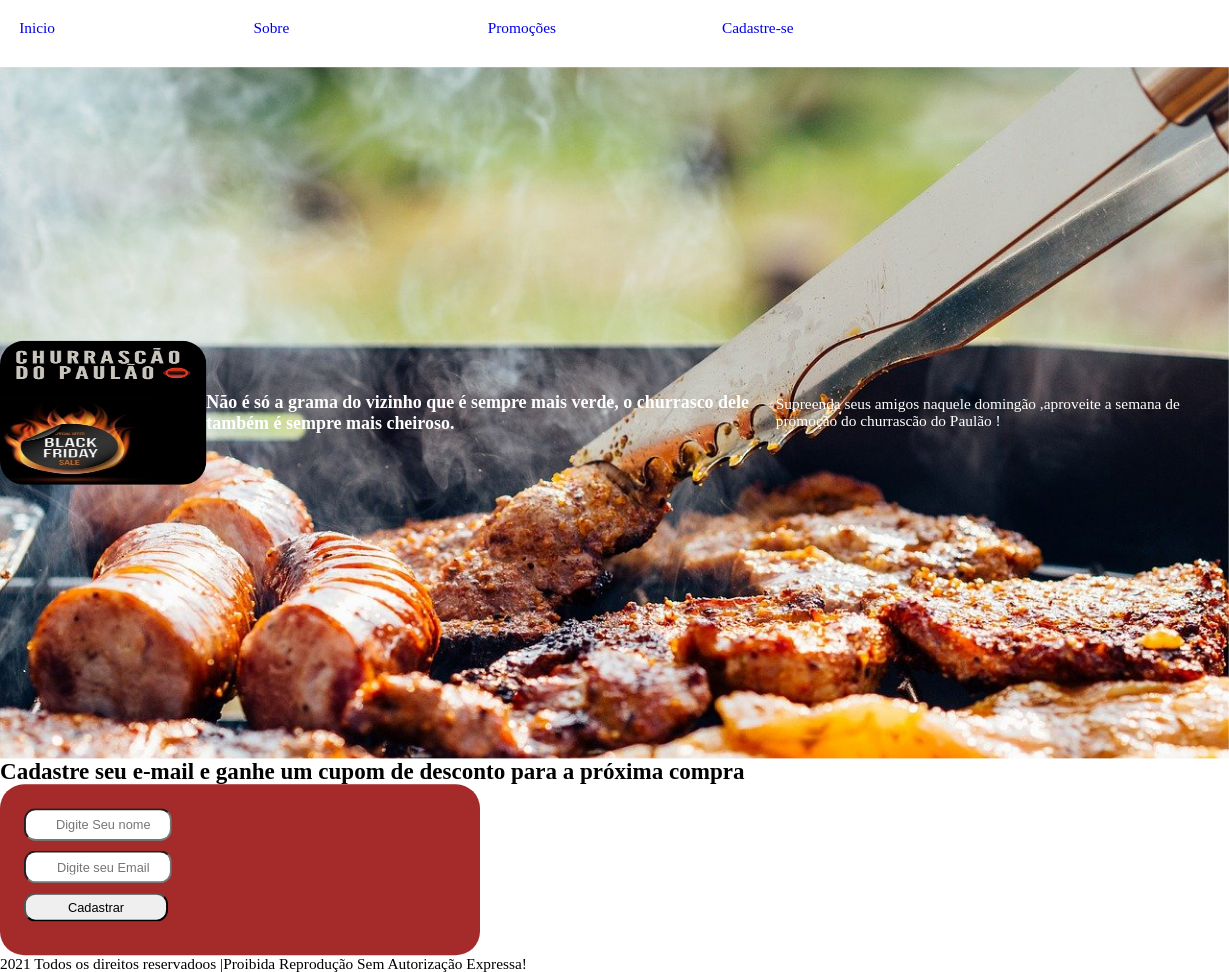
Repository: PauloMarquess/ProjetoBlackFriday
Page: index.html
The author's editor kept a copy of each file at every save. The page is drawn from the files as they stood at one save, then again after the next save.
The browser window is 1280 px wide. The pictures show the whole page, at 96% of full size.

Above is the page before, as saved 2021-07-15 16:20:04.

After the next save:
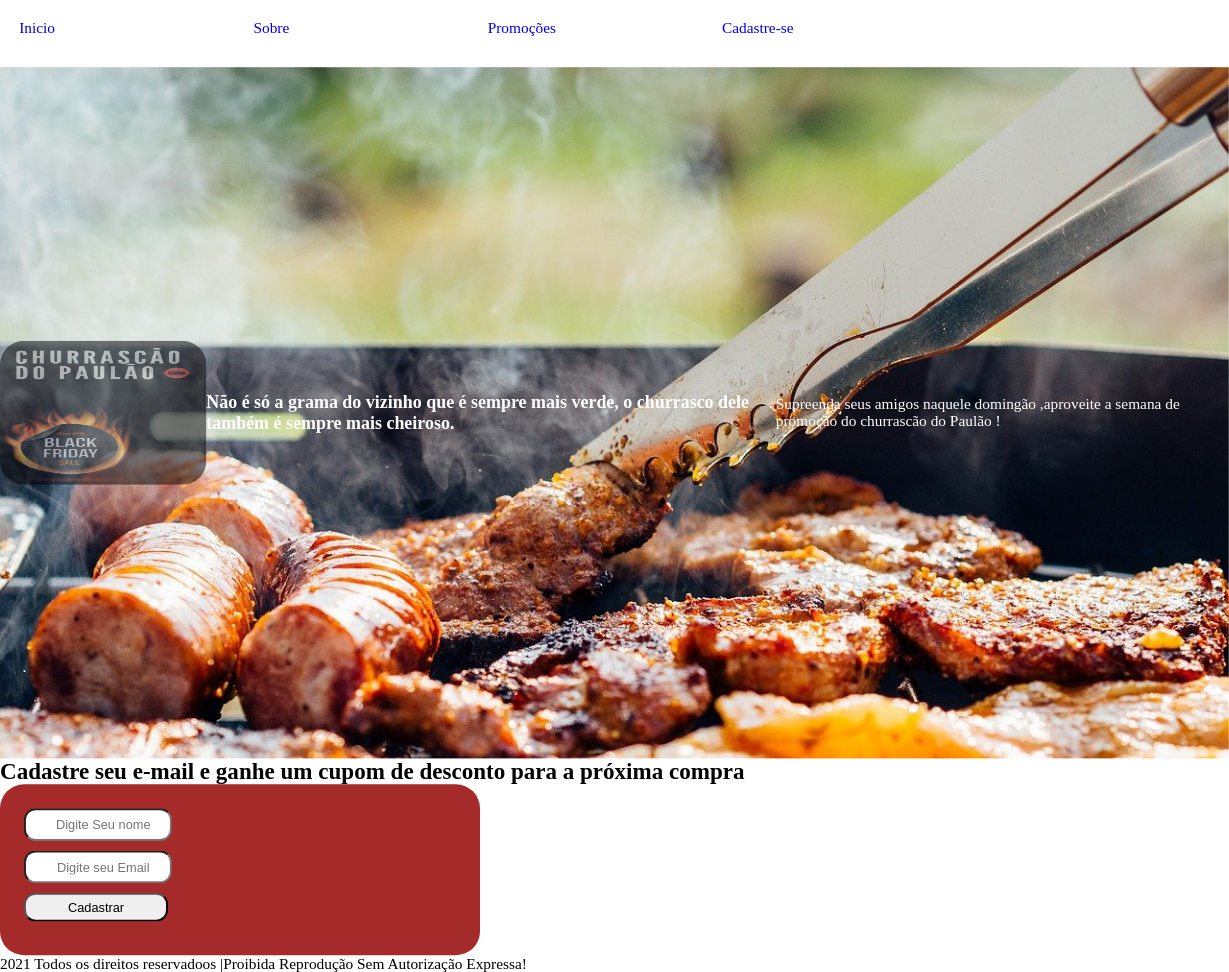
Saved 5 s later.
--- a/css/style.css
+++ b/css/style.css
@@ -30,7 +30,7 @@
     width: 300px;
     height: 150px;
     border-radius: 25px;
-    opacity: 100%;
+    opacity: 50%;
 }
 .background-section {
     background-image: url(../img/barbecue-820010_1280.jpg)
